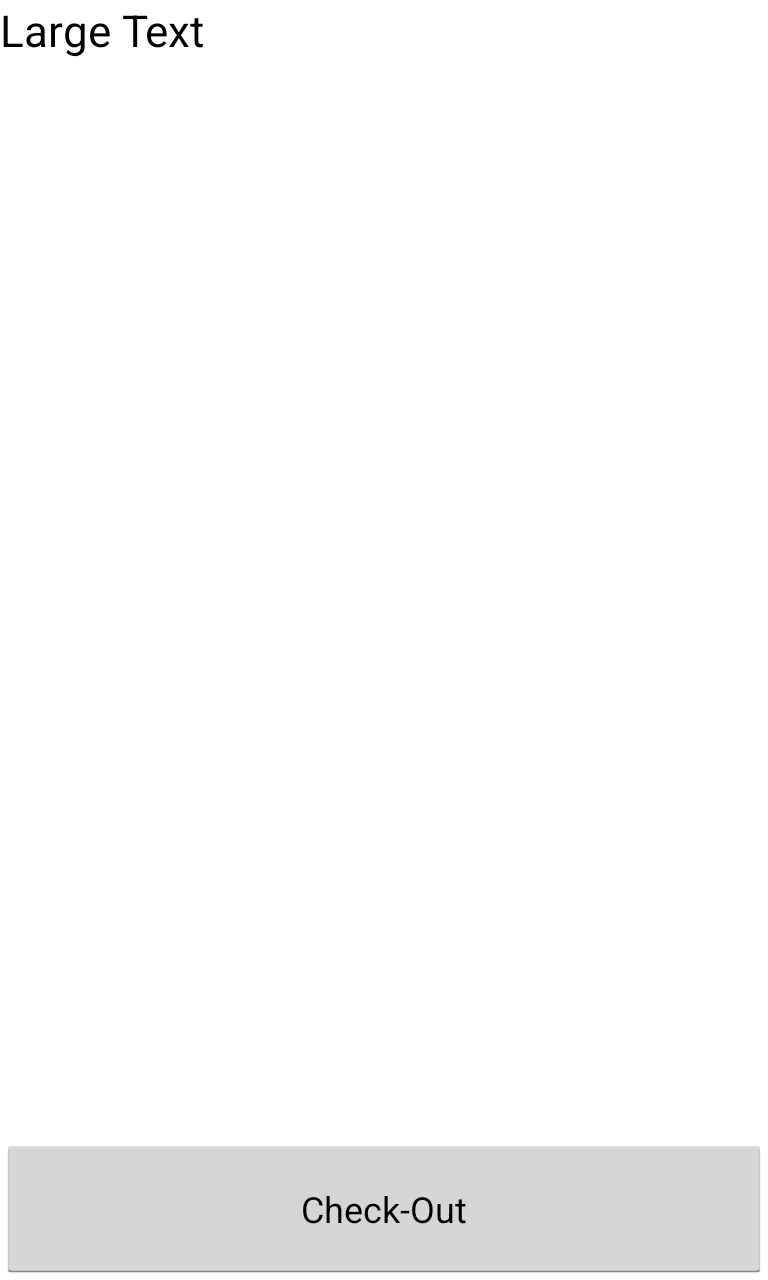
Repository: numaiomul/eclipse_workspace
Layout: CIS/res/layout/restaurant_menu.xml
These files come from the project's save history. The layout is drawn as it stood at one moment and after the next save; the edit follows.
It is drawn on a 768 x 1280 px phone screen (xhdpi) without system bars, with theme AppTheme; the app's code is not run. Lists and similar views that code fills are empty.

Above is the layout before, as saved 2012-10-28 07:01:31.

### CIS/res/layout/restaurant_menu.xml
<?xml version="1.0" encoding="utf-8"?>
<LinearLayout xmlns:android="http://schemas.android.com/apk/res/android"
    android:layout_width="match_parent"
    android:layout_height="match_parent"
    android:orientation="vertical" >

    <TextView
        android:id="@+id/restaurantName"
        android:layout_width="match_parent"
        android:layout_height="wrap_content"
        android:text="Large Text"
        android:textAppearance="?android:attr/textAppearanceLarge" />











    <ScrollView
        android:id="@+id/scrollView1"
        android:layout_width="match_parent"
        android:layout_height="wrap_content"
        android:layout_weight="15.83"
        android:scrollbars="horizontal" >






    </ScrollView>

    <Button
        android:id="@+id/button1"
        android:layout_width="match_parent"
        android:layout_height="wrap_content"
        android:layout_weight="0.66"
        android:text="@string/checkout" />

</LinearLayout>

### CIS/res/values/strings.xml
<?xml version="1.0" encoding="UTF-8" standalone="no"?>
<resources>
    <string name="app_name">CIS</string>
    <string name="hello_world">Please scan marker.</string>
    <string name="menu_settings">Settings</string>
    <string name="title_activity_main">CIS</string>
    <string name="button">Scan</string>
    <string name="loading">Waiting response from server...</string>
    <string name="checkout">Check-Out</string>

</resources>

Loaded but not shown: CIS/res/values-v11/styles.xml (common file); CIS/res/values-v14/styles.xml (common file); CIS/res/values/styles.xml (common file)

After the next save:
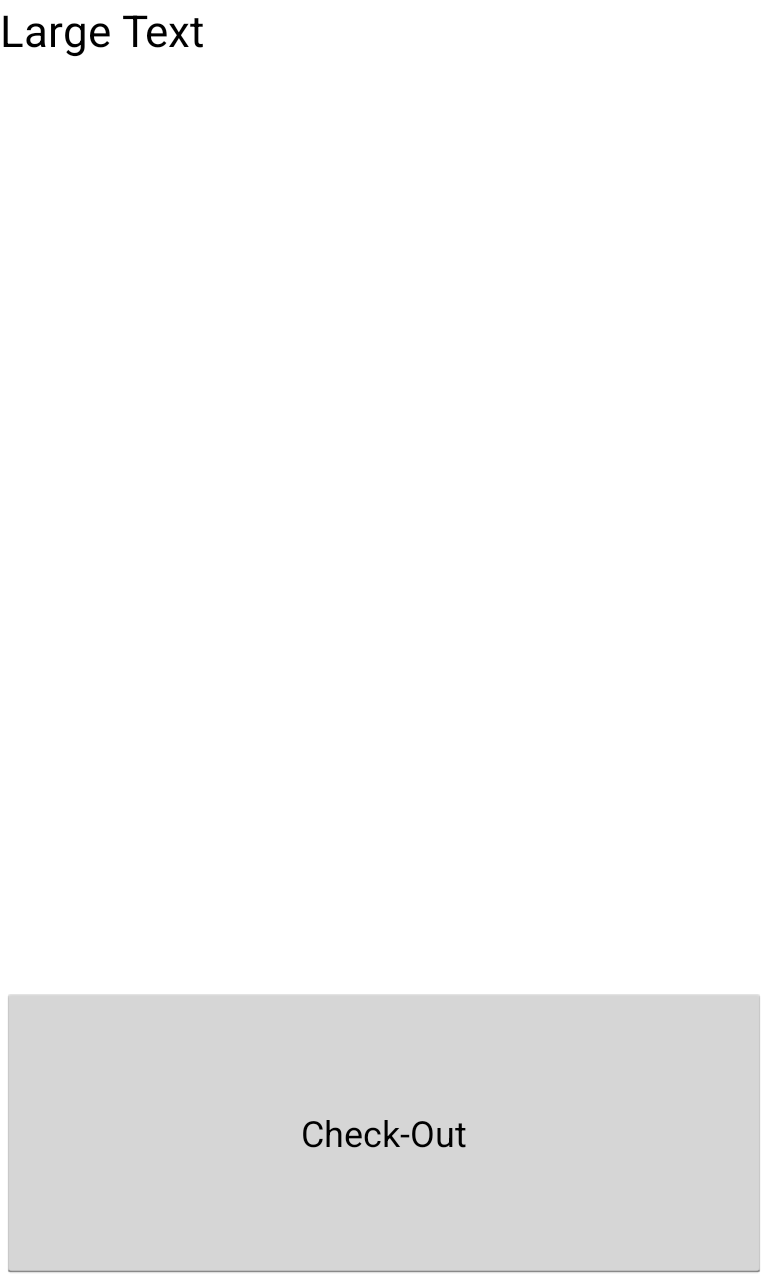
Saved 48 s later.
--- a/CIS/res/layout/restaurant_menu.xml
+++ b/CIS/res/layout/restaurant_menu.xml
@@ -13,27 +13,13 @@
 
 
 
+    <ListView
+        android:id="@+id/listView1"
+        android:layout_width="match_parent"
+        android:layout_height="366dp"
+        android:layout_weight="0.65" >
 
-
-
-
-
-
-
-
-    <ScrollView
-        android:id="@+id/scrollView1"
-        android:layout_width="match_parent"
-        android:layout_height="wrap_content"
-        android:layout_weight="15.83"
-        android:scrollbars="horizontal" >
-
-
-
-
-
-
-    </ScrollView>
+    </ListView>
 
     <Button
         android:id="@+id/button1"
